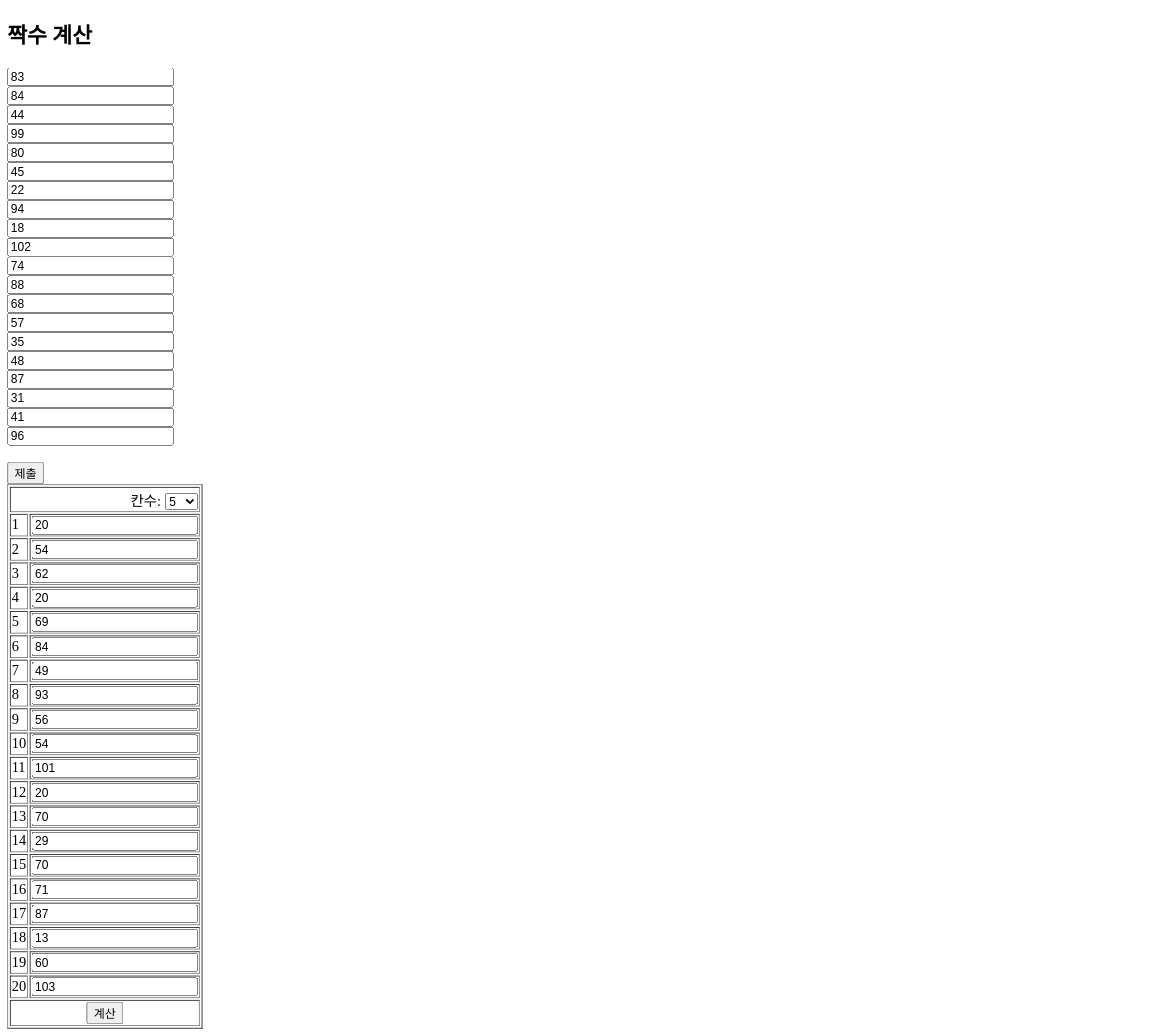
Repository: pshho/newJspProject
Page: http://localhost/JspProj/calc/calc.jsp
The author's editor kept a copy of each file at every save. The page is drawn from the files as they stood at one save, then again after the next save.
The browser window is 1280 px wide. The pictures show the whole page, at 90% of full size.
The page is served by Tomcat 9.

Above is the page before, as saved 2023-07-27 07:39:17.

After the next save:
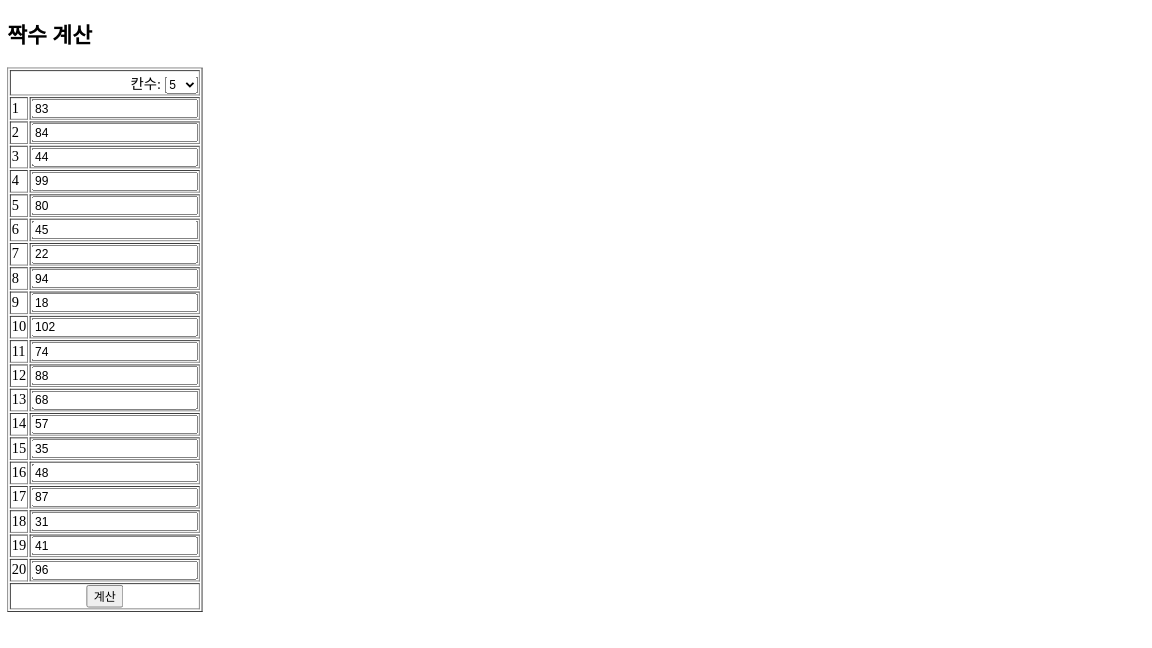
Saved 21 s later.
--- a/JspProj/src/main/webapp/calc/calc.jsp
+++ b/JspProj/src/main/webapp/calc/calc.jsp
@@ -14,13 +14,13 @@
 </head>
 <body>
 	<h2>짝수 계산</h2>
-	<form action="./calcProcess.jsp">
+	<%-- <form action="./calcProcess.jsp">
 		<c:forEach begin="1" end="20">	<!-- for문으로 입력받을 개수 지정 -->
 			<input type="text" name="calc" value="<%= (int)(Math.random()*100)+10 %>"/><br/>
 		</c:forEach>
 		<br/>
 		<input type="submit" value="제출" />
-	</form>
+	</form> --%>
 
 	<form action="./calcProcess.jsp">
 		<table border="">
